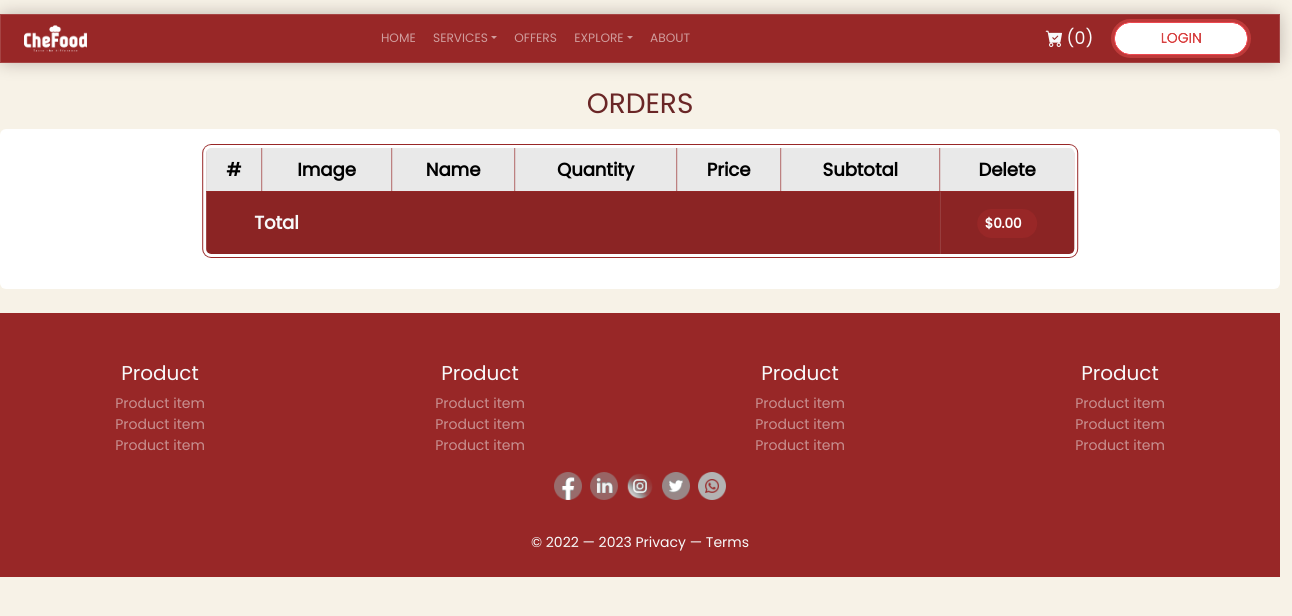
Repository: qamchamine/chefood
Page: /cart (app in front-end/)
These files come from the project's save history. The page is drawn as it stood at one moment and after the next save; the edit follows.
The browser window is 1280 px wide. The page is 1292 px wide, so the pictures cover 1292 px, including what lies to the right of the window. The pictures show the whole page.
The project was rebuilt for these pictures with package versions that can differ from the ones it lists, and the page was loaded fresh each time. Some packages were replaced by stand-ins written for this rebuild. Also part of the build but not shown: front-end/src/css/products.css, front-end/src/components/small_components/ProductCard.jsx, front-end/src/components/small_components/AddProduct.jsx, front-end/src/components/pages/sub-pages/Products.jsx, front-end/src/components/small_components/ButtonMain.jsx, front-end/src/components/small_components/HomeCard.jsx, front-end/src/components/small_components/HomeCardFullSection.jsx, front-end/src/components/pages/Home.jsx and 33 more. Imported but missing from the stored project, and not drawn on this page: front-end/src/sounds/applause.mp3, front-end/src/sounds/wheel.mp3.

Above is the page before, as saved 2023-06-25 20:39:30.

### front-end/public/index.html
<!DOCTYPE html>
<html lang="en">
  <head>
    <meta charset="utf-8" />
    <link rel="icon" href="%PUBLIC_URL%/favicon.ico" />
    <meta name="viewport" content="width=device-width, initial-scale=1" />
    <meta name="theme-color" content="#000000" />
    <meta
      name="description"
      content="Web site created using create-react-app"
    />
    <link
    rel="stylesheet"
    href="https://fonts.googleapis.com/css?family=Roboto:400,700"
  />
  <link rel="stylesheet" href="https://cdn.jsdelivr.net/npm/bootstrap-icons@1.10.5/font/bootstrap-icons.css">

    <link rel="apple-touch-icon" href="%PUBLIC_URL%/logo192.png" />
    <link rel="manifest" href="%PUBLIC_URL%/manifest.json" />

    <link rel="stylesheet" href="https://fonts.googleapis.com/icon?family=Material+Icons">

    <link rel="stylesheet" href="https://maxcdn.bootstrapcdn.com/font-awesome/4.7.0/css/font-awesome.min.css">
    <script src="https://code.jquery.com/jquery-3.5.1.min.js"></script>
    <script src="https://cdn.jsdelivr.net/npm/popper.js@1.16.0/dist/umd/popper.min.js"></script>




    <title>React App</title>
  </head>
  <body>

    <div id="root"></div>
<!--     <script src="jquery/jquery-3.6.0.js"></script>  -->
    <script src="https://unpkg.com/sweetalert/dist/sweetalert.min.js"></script>

  </body>
</html>

### front-end/src/config/ShoppingContext.jsx

  import React, { createContext, useState, useEffect } from 'react';
  import Swal from 'sweetalert2'
  import axios from 'axios';

   const ShoppingContext = createContext();

const ShoppingProvider = ({ children }) => {
/*     const [orders,setOrders] = useState([])
     */

/*       function removeFromCart(item){
        setCartItems(cartItems.filter(product => product.id !== item.id));
        Swal.fire({
          position: 'top-end',
          icon: 'success',
          title: 'Your item has been removed',
          showConfirmButton: false,
          timer: 1500
        });
      } */

      return (
    <ShoppingContext.Provider value={
        { /* orders,setOrders */
          /* products,  cartItems, removeFromCart */
        }
      }>      {children}
    </ShoppingContext.Provider>
  );
};
export { ShoppingContext, ShoppingProvider }

### front-end/src/components/Footer.jsx
import React, { useEffect } from 'react'

import Facebook from '../images/icons/facebook.png'
import Linkedin from '../images/icons/linkedin.png'
import Instagram from '../images/icons/instagram.png'
import Twitter from '../images/icons/twitter.png'
import Whatsapp from '../images/icons/whatsapp.png'
import './../css/nav-footer.css';
export default function Footer() {

    return (
        <div className='footer container-fluid' style={{ background: '#982727' }}>
            <footer className=' py-2 pt-5 d-grid text-light'>
                <div className='row justify-content-around text-center '>
                    <div className='d-grid col-6 col-sm-12 col-md-6 col-lg-4 col-xl-3'>
                        <h5>Product</h5>
                        <a className='text-decoration-none text-light opacity-50' href="">Product item</a>
                        <a className='text-decoration-none text-light opacity-50' href="">Product item</a>
                        <a className='text-decoration-none text-light opacity-50' href="">Product item</a>
                    </div>
                    <div className='d-grid col-6 col-sm-12 col-md-6 col-lg-4 col-xl-3'>
                        <h5>Product</h5>
                        <a className='text-decoration-none text-light opacity-50' href="">Product item</a>
                        <a className='text-decoration-none text-light opacity-50' href="">Product item</a>
                        <a className='text-decoration-none text-light opacity-50' href="">Product item</a>
                    </div>
                    <div className='d-grid col-6 col-sm-12 col-md-6 col-lg-4 col-xl-3'>
                        <h5>Product</h5>
                        <a className='text-decoration-none text-light opacity-50' href="">Product item</a>
                        <a className='text-decoration-none text-light opacity-50' href="">Product item</a>
                        <a className='text-decoration-none text-light opacity-50' href="">Product item</a>
                    </div>
                    <div className='d-grid col-6 col-sm-12 col-md-6 col-lg-4 col-xl-3'>
                        <h5>Product</h5>
                        <a className='text-decoration-none text-light opacity-50' href="">Product item</a>
                        <a className='text-decoration-none text-light opacity-50' href="">Product item</a>
                        <a className='text-decoration-none text-light opacity-50' href="">Product item</a>
                    </div>
                </div>
                <div className='footer-icons row justify-content-center py-3 '>
                    <div className='d-flex gap-2 justify-content-center'>
                        <a href=""> <img src={Facebook} className='footer-icon' alt="" /> </a>
                        <a href=""> <img src={Linkedin} className='footer-icon' alt="" /> </a>
                        <a href=""> <img src={Instagram} className='footer-icon' alt="" /> </a>
                        <a href=""> <img src={Twitter} className='footer-icon' alt="" /> </a>
                        <a href=""> <img src={Whatsapp} className='footer-icon' alt="" /> </a>

                    </div>
                </div>
                <div className='row justify-content-center py-3'>
                    © 2022 — 2023 Privacy — Terms
                </div>
            </footer>
        </div>

    )
}

### front-end/src/css/home.css
.homeBG {
    height: fit-content;
    position: relative;
    right: -10%;
    top: 34%;
    z-index: -1;
    width: 100em !important;


}
@font-face {
    font-family: 'poppin';
    src: url('../fonts/Poppins/Poppins-Regular.ttf') ;
    font-weight: normal;
    font-style: normal;
  }
body {
    font-family:'poppin', sans-serif !important;
    background-color: #F7F2E7 !important;
    max-width: 100vw;
    font-weight: normal !important;
    overflow-x: hidden;
    font-size: 14px !important;
}

body::-webkit-scrollbar {
    width: 0;
}

.nb {
/*     position: fixed; */
/*     top: 1em; */
    background-color: #982727 !important;
    box-shadow: 0 0px 20px #1f020241;
    border: 1px solid #ffffff22;
}

.navbar {
    background-color: #982727 !important;
}

.changeColor {
    background-color: blue !important;
}

.signUP {
    background: white !important;
    color: #982727 !important;
    font-weight: bold !important;
    outline: 5px solid #982727ab;
    outline-offset: -2px;
    transition: 500ms ease;


}

.homeContent {
    height: 90vh;
    z-index: 0;
    margin-top: -1.5em !important;
}

.homeContent h1 {
    color: #F7F2E7;
    text-align: start;
width: 40vw !important;
}

.homeContent h1 span {
    position: relative;
    display: inline-block;
    margin-bottom: 10px;
    padding: 4px 20px 8px;
    transition: 1s ease;
}

.homeContent h1 span::before {
    content: '';
    position: absolute;
    background: #982727;
    left: 0;
    top: 0;
    z-index: -1;
    width: 100%;
    height: 100%;
    transform: skew(-10deg);
}

.homeContent h1 span:last-child::before {
    transform: skew(10deg);
}

.homeContent p {
    width: 72%;
    color: #982727;
    text-align: left;
}

.homeContent .homeMainButtons {
    width: 72%;
}

.cardBtn {
    transition: 1s ease;
}

.cardBtn:hover {
    filter: brightness(130%);

}

.cardBtn i {
    left: 63%;
    transition: 300ms ease;
}

.cardBtn:hover i {
    left: 75%;
}

.btnMain:hover {
    filter: brightness(130%);
}

.card-img-top {
    object-fit: cover;
}

.signUP:hover {

    background: #982727 !important;
    color: white !important;
    font-weight: bold !important;
    outline: 5px solid #ffffff55;
    outline-offset: -4px;
}

.cardsGroup:not(:first-child) {
    translate: 50% 0;
}

.arrow-1-1 {
    position: absolute;
    top: 50%;
    left: 0;
}

.home .carousel-control-prev-icon,
.home .carousel-control-next-icon {

    width: 1.3em;
    height: 1.3em;
    color:black !important;

    outline: 12px solid #982929;
    outline-offset: -1px;
    background-color: #982929;
    background-size: 100%, 100%;
    border-radius: 50%;
    box-shadow: 0 0 10px black;
}

.home .carousel-control-prev,
.home .carousel-control-next {
    z-index: 10;
    width: 4em !important;
/*     background: red; */

}

/* .py-4 {
    padding-top: 0rem !important;
    padding-bottom: 0rem !important;
} */

.nb{
    zoom:87%;
}

### front-end/src/css/delivery.css
.price {
    background: #982727;
    color: white;
    text-align: center;
    padding-block: 1em;
    border-radius: .5em;
}

.delivery-page .card {
    transition: 300ms ease;
    user-select: none;
}

.delivery-page .card ul {
    list-style-type: none;
}

.delivery-page .card:hover {
    filter: contrast(120%);
    cursor: pointer;
    outline: .3em solid #982727;
    box-shadow: 0 .4em 0px .3em #982727 !important;
}

.delivery-page {
    height: fit-content;
    display: flex;
    align-items: center;
    margin-top: 8em !important;
}
.scroll-bar-activated::-webkit-scrollbar {
    display: block !important;
    background: rgba(255, 0, 0, 0) !important;
    width: 1em !important;
}
.scroll-bar-activated{
    overflow: overlay !important;

}
.scroll-bar-activated::-webkit-scrollbar-thumb {
    display: block !important;
    background: linear-gradient(to bottom,transparent 0% 23%,#982727 20% 70%,transparent 50% 100%) !important;
    z-index: 10000000 !important;
    width: 10px !important;
}

.delivery-page>div {
    height: fit-content;
    position: relative;

}

.delivery-page>div:last-child h5 img {
    height: 11em;
}

h1.section-2{
    margin-top: 4em ;
}
.cards2{
    margin-bottom: 5em ;
}
h1{
    text-transform: uppercase;
    color: #6a2626;;
}

### front-end/src/css/cart.css
.ajouterPanierTable td{
    font-size: .9em;
    width: fit-content !important;
    text-align: center;
    vertical-align: middle !important;
}
.ajouterPanierTable th{
    width: fit-content !important;
    text-align: center;
    background: rgba(0, 0, 0, 0.088) !important;
    vertical-align: middle !important;
}
.ajouterPanierTable .cart-footer{
    background: #982727 !important;
    vertical-align: middle !important;
}

.ajouterPanierTable {
width: 70% !important;
position: relative;
left: 50%;
translate: -50% 0;
border-radius: 8px !important;
overflow: hidden;
border: .2em solid #982727aa !important;
box-shadow:0 0 0 1px #982727;
}
.cart-page .card {
    box-shadow:none;
}

### front-end/src/css/Reviews.css
.Reviews-color
{
  color : #982727;
  text-transform: uppercase;
  letter-spacing: 0.5em;
}
.Reviews-paragraph
{
  font-size: 0.8em;
}
.parent-card{
    margin-top:50px !important;
}
.card
{
    border: none !important;
    box-shadow: 0 4px 8px 0 rgba(0, 0, 0, 0.2), 0 6px 20px 0 rgba(0, 0, 0, 0.19);
}
.user-name
{
    color : #000D7E;
}
.description
{
    color: #982727;
    font-size: 0.75em;
}
.comment{
    margin:5px;
    font-size:0.55em;
}
.reviewCardImage{
    margin-top:16px;
}
.reviewCard:hover .reviewCardImage{
    scale:1.2;
    margin-inline:.3em;
}
.reviewCard:hover .reviewCardImage{
    transition:300ms ease;
}
.reviewCard:hover .hoverstar{
    scale:1.2;
    margin-inline:.3em;
}
.reviewCard .hoverstar{
    transition:300ms ease;
}
.reviewCardImage{
    width:40%;
    transition:300ms ease;
}

.reviewCard strong{
    left:50%;
    translate:-50% 0;
    width:100%;
    bottom:.9em;
}

.the-bottom-page{
    margin-top:25px;
    position: absolute;
    left: auto;
    right: 0;
}

@media (max-width: 1200px) { /* Extra large devices (large desktops, 1200px and up) */
    .card {
      width: 100%;
    }
    .col-4 {
      width: 33.33333333%;
    }
    strong img{
        width: 19px;
    }
  }
  @media (max-width: 1118px) { /* Large devices (desktops, 992px and up) */
    .card {
      width: 100%;
    }
    .col-4 {
        width: 33.33333333%;
    }
    strong img{
        width: 16px;
    }
  }
  @media (max-width: 992px) { /* Medium devices (tablets, 768px and up) */
    .card {
        width: 140%;
    }
  }
  @media (max-width: 770px) { /* Medium devices (tablets, 768px and up) */
    .card {
        width: 95%;
    }
    .col-4 {
        width: 25% !important;
    }
    .parent-card
    {
        --bs-gutter-x: 0.5rem;
        display: grid !important;
        grid-template-columns: repeat(2, 1fr);
    }
    .col-4 {
        margin-top:10px !important;
        width: 60% !important;
    }
  }
  @media (max-width: 716px) { /* Small devices (landscape phones, 576px and up) */

    .card {
        width: 95%;
    }
        strong img{
        width: 16px;
    }
  }
  @media only screen and (max-width: 576px){ /* Small devices (landscape phones, 576px and up) */

    .card {
        width: 95%;
    }
    .col-md-2 {
        flex: 0 0 16.666667%;
        max-width: 16.666667%;
    }
    strong img{
        width: 16px;
    }
  }

  @media only screen and (max-width: 528px){ /* Small devices (landscape phones, 576px and up) */

    .card {
        width: 70%;
        margin-left:30px;
    }
    .parent-card
    {
        --bs-gutter-x: 0.5rem;
        display: grid !important;
        grid-template-columns: repeat(1, 1fr);
    }
    .col-md-2 {
        flex: 0 0 16.666667%;
        max-width: 16.666667%;
    }
    strong img{
        width: 16px;
    }
  }

  @media only screen and (max-width: 365px){ /* Small devices (landscape phones, 576px and up) */

    .card {
        width: 80%;
        margin-left:20px;
    }
    .parent-card
    {
        --bs-gutter-x: 0.5rem;
        display: grid !important;
        grid-template-columns: repeat(1, 1fr);
    }
    .col-md-2 {
        flex: 0 0 16.666667%;
        max-width: 16.666667%;
    }
    strong img{
        width: 16px;
    }
  }

### front-end/src/css/location.css
@import url('https://fonts.googleapis.com/css2?family=Roboto:wght@100&display=swap');

.location-color
{
  color : #982727;
  text-transform: uppercase;
  letter-spacing: 0.3em;
}
.where-restorant
{
    width: 459px;
    margin:auto;
}
.restorant-location-title{
    font-family: 'Century Gothic';
    font-size:32px;
    font-weight:400;
}
.restorant-location-line{
    background:#B12222;
    height: 3px;
    width: 450px;
    display: inline-block;
    margin: 15px auto;
}
.restorant-location-p
{
    color:#000000 75%;
    font-size: 15px;
    font-weight: 400;
    font-family: 'Roboto', sans-serif;
}
.main-location{
    display: grid !important;
    grid-template-columns: repeat(2, 1fr);
    flex-direction: column;
    justify-content: center;
    align-items: center;
    text-align:center;
}
.restorant-location-btn{
    background-color: #B12222;
    border: none;
    width: 300px;
    height: 40px;
    border-radius: 15px;
    color: #fff;
}
.restorant-location-btn:hover{
    background-color: #fff;
    border: 2px solid #B12222;
    border-radius: 15px;
    color: #B12222;
}
.location-icon{
    margin-right: 15px;
}


  @media (max-width: 1123px) { /* Extra large devices (large desktops, 1200px and up) */
    .earth-image img{
        width: 450px;
    }
  }
  @media (max-width: 992px) { /* Medium devices (tablets, 768px and up) */
    .earth-image img{
        width: 400px;
    }
    .where-restorant {
        width: 400px;
        margin: auto;
    }
    .restorant-location-line{
        width: 350px;
        display: inline-block;
    }
  }
  @media (max-width: 868px) { /* Medium devices (tablets, 768px and up) */

    .earth-image img{
        width: 380px;
    }
    .where-restorant {
        width: 380px;
        margin: auto;
    }
    .restorant-location-line{
        width: 320px;
        display: inline-block;
    }
    .restorant-location-p{
        font-size: 13px;
    }
    .restorant-location-title{
        font-size:28px;
    }

  }
  @media (max-width: 783px) { /* Small devices (landscape phones, 576px and up) */
    .earth-image img{
        margin-top: 30px;
        width: 380px;
    }
    .where-restorant {
        width: 380px;
        margin: auto;
    }
    .restorant-location-line{
        width: 320px;
        display: inline-block;
    }
    .restorant-location-p{
        font-size: 15px;
    }
    .restorant-location-title{
        font-size:32px;
    }
    .main-location{
        display: grid !important;
        grid-template-columns: repeat(1, 1fr);
        justify-items: center;
        text-align:center;
    }
  }
  @media(max-width: 401px){ /* Small devices (landscape phones, 576px and up) */
    .earth-image img{
        width: 330px;
        margin-top: 30px;
    }
    .where-restorant {
        width: 330px;
        margin: auto;
    }
    .restorant-location-line{
        width: 320px;
        display: inline-block;
    }
    .restorant-location-p{
        font-size: 13px;
    }
    .restorant-location-title{
        font-size:28px;
    }
    .main-location{
        display: grid !important;
        grid-template-columns: repeat(1, 1fr);
        justify-items: center;
        text-align:center;
    }
  }

### front-end/src/css/contactus.css
@import url('https://fonts.googleapis.com/css2?family=Inter:wght@200;400&family=Quattrocento+Sans&family=Roboto&display=swap');

.contactus-color{
    color : #982727;
    text-transform: uppercase;
    letter-spacing: 0.3em;
}
.image-contactus img{
    height: 620px;
}
.main-contactus{
    display: grid !important;
    grid-template-columns: repeat(2, 1fr);
    justify-items: center;
}
.message-information-send{
    width:auto;
    margin:auto;
}
.message-information-send label
{
    margin:25px 0 10px 0;
    font-family: 'Inter';
    font-style: normal;
    font-weight: 400;
    font-size: 13px;
    line-height: 26px;
    color: #692C2C;
}
.message-information-send input{
    padding:3px 15px;
    margin:15 0px;
    Width:425px;
    Height:56px;
    background: #F7F2E7;
    border: 2px solid #982727;
    border-radius: 5px;
}
.message-information-send {
    outline: none;
}
.message-information-send textarea{
    padding:15px;
    Width:425px;
    Height:220px;
    background: #F7F2E7;
    border: 2px solid #982727;
    border-radius: 5px;
}
.message-information-send textarea,input::placeholder{
    font-family: 'Inter';
    font-style: normal;
    font-weight: 200;
    font-size: 12px;
}
.message-information-send input,textarea:focus-visible{
    outline: none;
}
.send-contact-btn{
    margin-top: 14px;
    background-color: #B12222;
    border: none;
    width: 425px;
    height: 40px;
    border-radius: 15px;
    color: #fff;
    font-family: 'Roboto';
    font-style: normal;
    font-weight: 500;
    font-size: 19px;
}
.send-icon{
    margin-right:15px;
}
.send-contact-btn:hover{
    background-color: #fff;
    border: 2px solid #B12222;
    border-radius: 15px;
    color: #B12222;
}









  @media (max-width: 1118px) { /* Large devices (desktops, 992px and up) */
    .image-contactus img{
        height: 620px;
        width:550px;
    }

    .message-information-send input{
        width:325px;
    }
    .message-information-send textarea{
        width:325px;
    }
    .send-contact-btn{
        width:325px;
    }
  }
  @media (max-width: 992px) { /* Medium devices (tablets, 768px and up) */
    .image-contactus img{
        margin: auto;
        height: 550px;
        width:450px;
    }
    .message-information-send{
        margin-right:50px;
    }
    .message-information-send input{
        width:325px;
    }
    .message-information-send textarea{
        width:325px;
    }
    .send-contact-btn{
        width:325px;
    }
  }
  @media (max-width: 881px) { /* Medium devices (tablets, 768px and up) */
    .image-contactus img{
        margin: auto;
        height: 550px;
        width:450px;
    }
    .main-contactus{
        display: grid !important;
        grid-template-columns: repeat(1, 1fr);
        flex-direction: column;
        justify-content: center;
        align-items: center;
    }
    .message-information-send{
        margin:auto;
    }
    .message-information-send input{
        width: 425px;
    }
    .message-information-send textarea{
        width: 425px;
    }
    .send-contact-btn{
        width: 425px;
    }
  }


  @media only screen and (max-width: 467px){ /* Small devices (landscape phones, 576px and up) */

    .image-contactus img{
        margin: auto;
        height: 500px;
        width:330px;
    }
    .main-contactus{
        display: grid !important;
        grid-template-columns: repeat(1, 1fr);
        justify-items: center;
    }
    .message-information-send{
        margin:auto;
    }
    .message-information-send input{
        width: 325px;
    }
    .message-information-send textarea{
        width: 325px;
    }
    .send-contact-btn{
        width: 325px;
    }

  }

### front-end/src/css/Timer.css

@import url(https://fonts.googleapis.com/css?family=Titillium+Web:400,200,200italic,300,300italic,900,700italic,700,600italic,600,400italic);

/* .timer {
  font-family: 'Titillium Web', cursive;
  width: 800px;
  margin: 0 auto;
  text-align: center;
  color: white;
  background: #222;
  font-weight: 100;
} */

.timer {
  display: inline-flex;
  line-height: 1;
  padding: 20px;
  font-size: 40px;
  font-family: 'Times New Roman', cursive;


}
.timerD{
    border-radius: 2px;
    padding: 5px;
    font-size: 10px;
    border: 70px rgb(131, 55, 55);
    box-shadow:2px 2px 4px rgba(0, 0, 0, 0.4), 4px 4px 8px rgba(0, 0, 0, 0.2);
}

.Stime {
  display: block;
  font-size: 20px;
  color: rgb(206, 178, 19);

}

#days {
  font-size: 80px;
  color: rgb(92, 25, 5);
  background-color:rgb(230, 230, 234);

  margin: 15px;
}
#hours {
  font-size: 80px;
  color: rgb(92, 25, 5);
  background-color:rgb(230, 230, 234);
  margin: 15px;
}
#minutes {
  font-size: 80px;

  color: rgb(92, 25, 5);
  background-color:rgb(230, 230, 234);
  margin: 15px;
}
#seconds {
  font-size: 80px;
  color: rgb(92, 25, 5);
  background-color:rgb(230, 230, 234);
  margin: 15px;
}

Loaded but not shown: front-end/src/index.css (common file); front-end/src/config/LoginContext.js (93 lines, source omitted); front-end/src/App.js (42 lines, source omitted); front-end/src/index.js (24 lines, source omitted); front-end/src/css/reservation.css (400 lines, source omitted); front-end/src/components/Navbar.jsx (179 lines, source omitted); front-end/src/components/small_components/shopping/Cart.jsx (90 lines, source omitted); front-end/src/css/nav-footer.css (258 lines, source omitted)

After the next save:
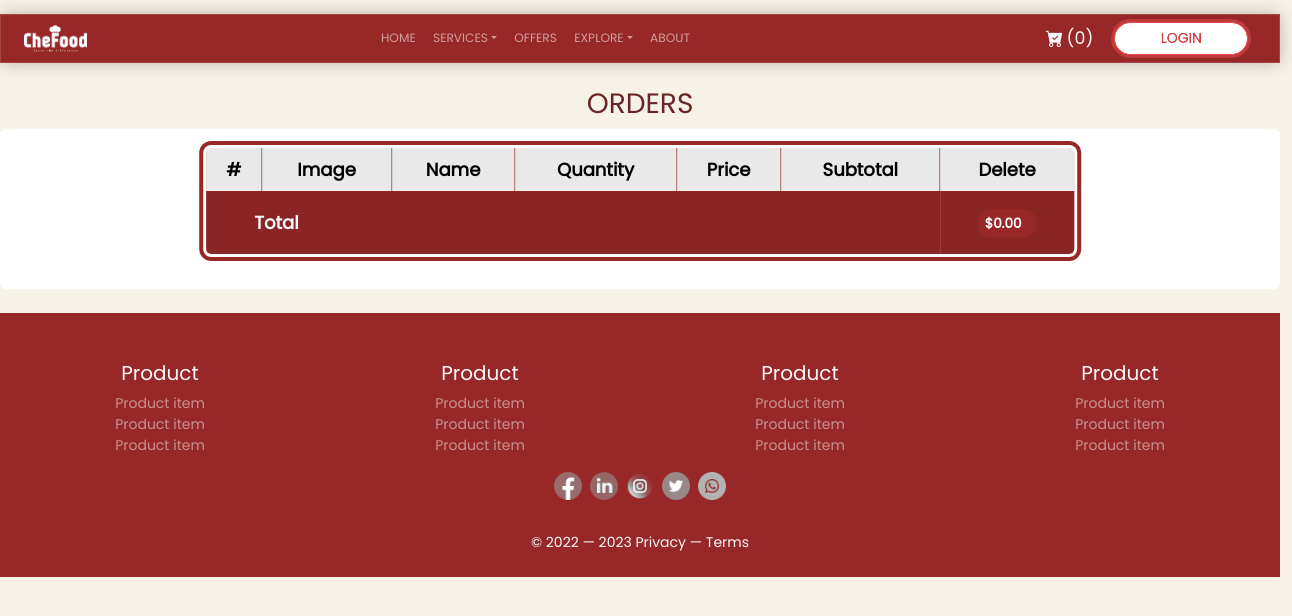
Saved 7 s later.
--- a/front-end/src/css/cart.css
+++ b/front-end/src/css/cart.css
@@ -23,7 +23,7 @@ translate: -50% 0;
 border-radius: 8px !important;
 overflow: hidden;
 border: .2em solid #982727aa !important;
-box-shadow:0 0 0 1px #982727;
+box-shadow:0 0 0 4px #982727;
 }
 .cart-page .card {
     box-shadow:none;
